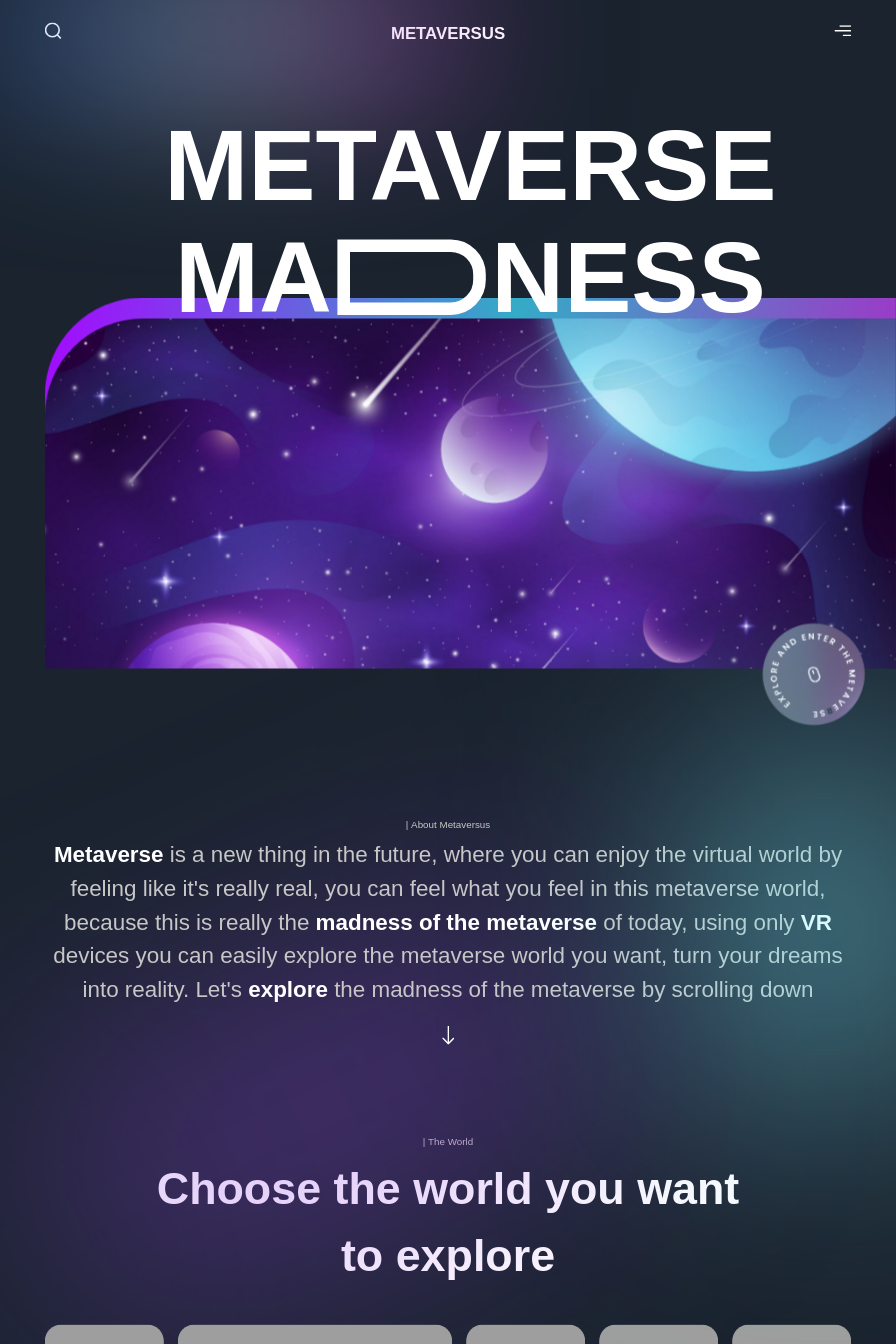
Repository: Shanuga123/metaversus
Page: /
These files come from the project's save history. The page is drawn as it stood at one moment and after the next save; the edit follows.
The browser window is 1280 px wide. The pictures show the part of the page from y = 0 to 1920 px (the page is 7254 px tall), at 70% of full size.
Pictures or frames that could not be fetched are drawn as grey boxes. Some web fonts or font styles are not loaded; a fallback is used. The project was rebuilt for these pictures with package versions that can differ from the ones it lists, and the page was loaded fresh each time. The framework's server and built-in components were replaced by stand-ins that run in the browser. Also part of the build but not shown: next.config.js, sections/Navbar.jsx.

Above is the page before, as saved 2024-08-06 07:27:24.

After the next save:
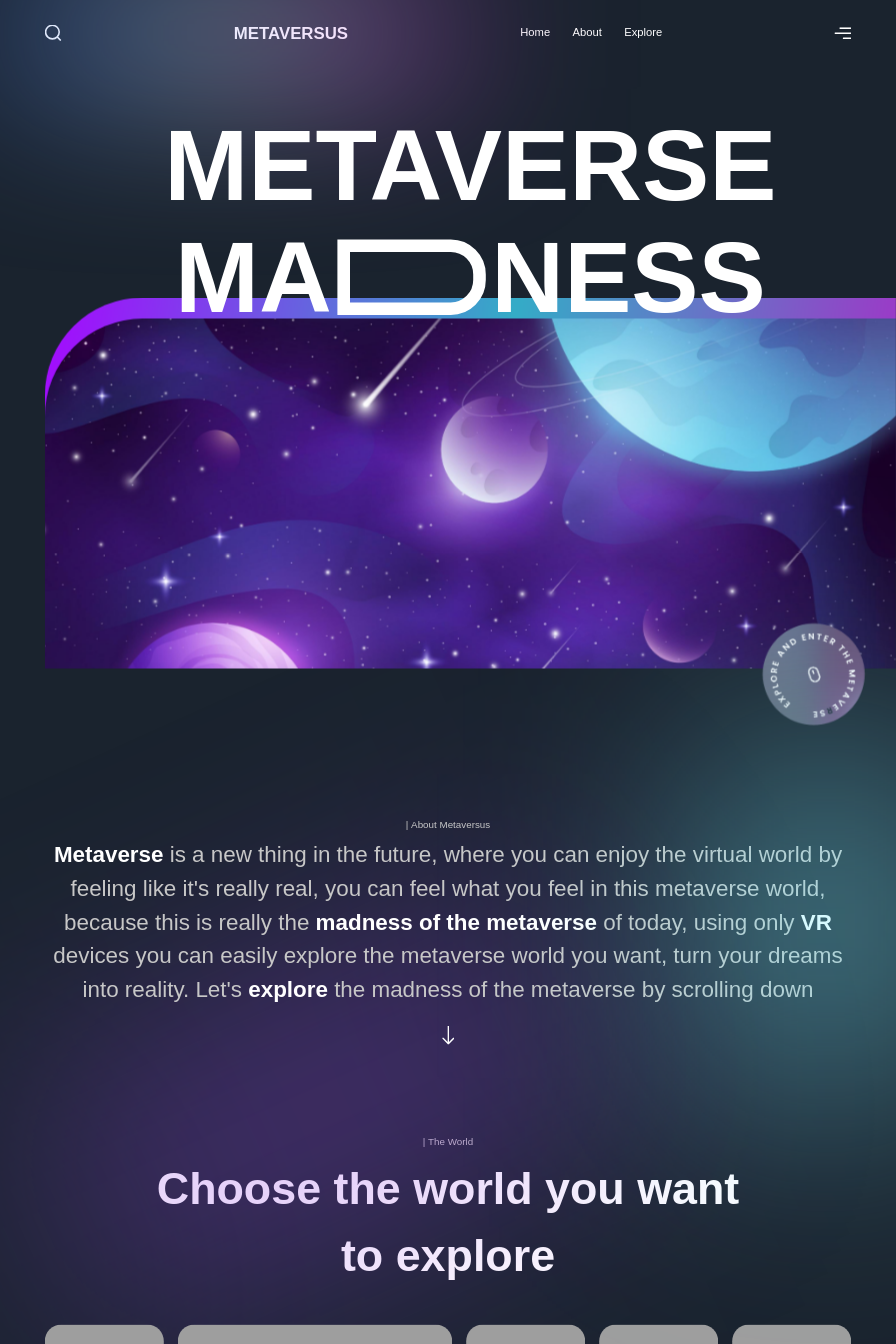
Saved 3 min 19 s later.
--- a/components/Navbar.jsx
+++ b/components/Navbar.jsx
@@ -1,7 +1,6 @@
 'use client';
 
 import { motion } from 'framer-motion';
-
 import styles from '../styles';
 import { navVariants } from '../utils/motion';
 
@@ -13,9 +12,7 @@ const Navbar = () => (
     className={`${styles.xPaddings} py-8 relative`}
   >
     <div className="absolute w-[50%] inset-0 gradient-01" />
-    <div
-      className={`${styles.innerWidth} mx-auto flex justify-between gap-8`}
-    >
+    <div className={`${styles.innerWidth} mx-auto flex justify-between items-center gap-8`}>
       <img
         src="/search.svg"
         alt="search"
@@ -24,6 +21,11 @@ const Navbar = () => (
       <h2 className="font-extrabold text-[24px] leading-[30.24px] text-white">
         METAVERSUS
       </h2>
+      <div className="flex gap-8">
+        <a href="#home" className="text-white font-medium">Home</a>
+        <a href="#about" className="text-white font-medium">About</a>
+        <a href="#explore" className="text-white font-medium">Explore</a>
+      </div>
       <img
         src="/menu.svg"
         alt="menu"
